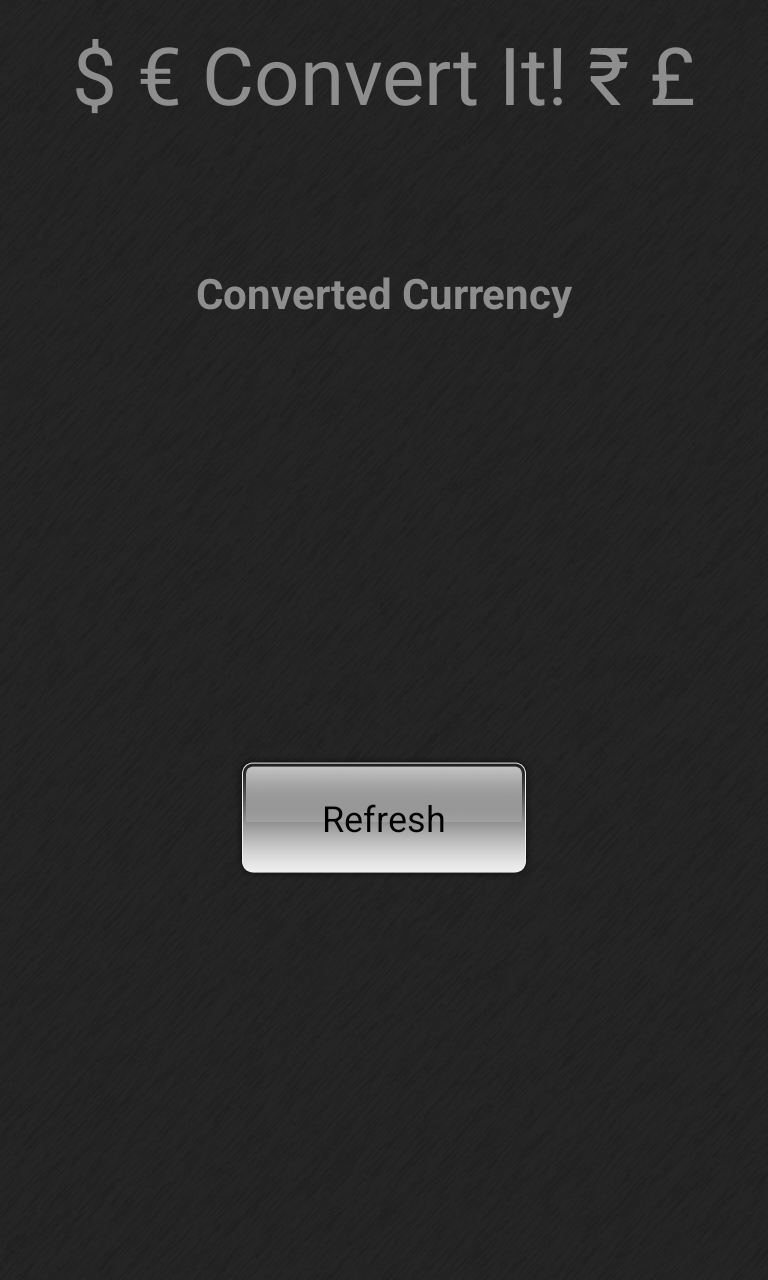
Repository: efreestone/MDF3_Freestone
Layout: ConvertIt/res/layout/activity_main.xml
These files come from the project's save history. The layout is drawn as it stood at one moment and after the next save; the edit follows.
It is drawn on a 768 x 1280 px phone screen (xhdpi) without system bars, with theme AppTheme; the app's code is not run.

Above is the layout before, as saved 2014-07-11 02:39:13.

### ConvertIt/res/layout/activity_main.xml
<?xml version="1.0" encoding="utf-8"?>
<LinearLayout xmlns:android="http://schemas.android.com/apk/res/android"
    android:id="@+id/parentView"
    android:layout_width="match_parent"
    android:layout_height="match_parent"
    android:background="@drawable/main_background"
    android:orientation="vertical"
    >

    <TextView
        android:id="@+id/titleTV"
        android:layout_width="match_parent"
        android:layout_height="wrap_content"
        android:layout_marginTop="10dp"
        android:layout_marginBottom="10dp"
        android:textSize="40sp"
        android:textColor="#8e8e8e"
        android:gravity="center"
        android:text="@string/styledAppName" />

    <TextView
        android:id="@+id/usdTV"
        android:layout_width="match_parent"
        android:layout_height="wrap_content"
        android:layout_marginTop="20dp"
        android:layout_marginBottom="10dp"
        android:textSize="21sp"
        android:textColor="#ffffff"
        android:gravity="center" />

    <TextView
        android:id="@+id/convertedLabel"
        android:layout_width="match_parent"
        android:layout_height="wrap_content"
        android:gravity="center"
        android:textStyle="bold"
        android:textSize="21sp"
        android:layout_marginBottom="5dp"
        android:textColor="#8e8e8e"
        android:text="@string/convertedLabelString"/>

    <TextView
        android:id="@+id/eurTV"
        android:layout_width="match_parent"
        android:layout_height="wrap_content"
        android:textSize="17sp"
        android:textColor="#ffffff"
        android:gravity="center" />

    <TextView
        android:id="@+id/gbpTV"
        android:layout_width="match_parent"
        android:layout_height="wrap_content"
        android:textSize="17sp"
        android:textColor="#ffffff"
        android:gravity="center" />

    <TextView
        android:id="@+id/inrTV"
        android:layout_width="match_parent"
        android:layout_height="wrap_content"
        android:textSize="17sp"
        android:textColor="#ffffff"
        android:gravity="center" />

    <TextView
        android:id="@+id/cadTV"
        android:layout_width="match_parent"
        android:layout_height="wrap_content"
        android:textSize="17sp"
        android:textColor="#ffffff"
        android:gravity="center" />

    <TextView
        android:id="@+id/audTV"
        android:layout_width="match_parent"
        android:layout_height="wrap_content"
        android:textSize="17sp"
        android:textColor="#ffffff"
        android:gravity="center" />

    <TextView
        android:id="@+id/mxnTV"
        android:layout_width="match_parent"
        android:layout_height="wrap_content"
        android:textSize="17sp"
        android:textColor="#ffffff"
        android:gravity="center" />

    <TextView
        android:id="@+id/cnyTV"
        android:layout_width="match_parent"
        android:layout_height="wrap_content"
        android:textSize="17sp"
        android:textColor="#ffffff"
        android:gravity="center" />

    <TextView
        android:id="@+id/myrTV"
        android:layout_width="match_parent"
        android:layout_height="wrap_content"
        android:textSize="17sp"
        android:textColor="#ffffff"
        android:gravity="center" />

    <TextView
        android:id="@+id/aedTV"
        android:layout_width="match_parent"
        android:layout_height="wrap_content"
        android:textSize="17sp"
        android:textColor="#ffffff"
        android:gravity="center" />

    <Button
        android:id="@+id/refreshButton"
        android:layout_width="wrap_content"
        android:layout_height="wrap_content"
        android:layout_gravity="center"
        android:layout_margin="5dp"
        android:clickable="true"
        android:background="@drawable/button_background"
        android:text="@string/refreshButton"
        android:width="150dp" />



</LinearLayout>

### ConvertIt/res/values/strings.xml
<?xml version="1.0" encoding="utf-8"?>
<resources>

    <string name="app_name">Convert It!</string>
    <string name="hello_world">Hello world!</string>
    <string name="action_settings">Settings</string>

    <string name="styledAppName">$ € Convert It! ₹ £</string>

    <string name="refreshButton">Refresh</string>

    <string name="noConnectionTitle">Connection Error</string>
    <string name="noConnectionAlert">This application requires internet access. Please check your network connection and try again.</string>

    <string name="noFileTitle">File does not exist</string>
    <string name="noFileAlert">The file does not exist on your device so it was requested from the API. Select Refresh to update the ListView</string>

    <string name="convertedLabelString">Converted Currency</string>

</resources>

### ConvertIt/res/drawable-hdpi/button_background.xml
<?xml version="1.0" encoding="utf-8"?>
<selector xmlns:android="http://schemas.android.com/apk/res/android" >
    <!-- Button Image when pressed -->
    <item
        android:drawable="@drawable/gradient_pressed_9patch"
        android:state_pressed="true"/>

    <!-- Button Image -->
    <item
        android:drawable="@drawable/gradient_9patch"/>



</selector>

### ConvertIt/res/drawable-ldpi/button_background.xml
<?xml version="1.0" encoding="utf-8"?>
<selector xmlns:android="http://schemas.android.com/apk/res/android" >
    <!-- Button Image when pressed -->
    <item
        android:drawable="@drawable/gradient_pressed_9patch"
        android:state_pressed="true"/>

    <!-- Button Image -->
    <item
        android:drawable="@drawable/gradient_9patch"/>



</selector>

### ConvertIt/res/drawable-mdpi/button_background.xml
<?xml version="1.0" encoding="utf-8"?>
<selector xmlns:android="http://schemas.android.com/apk/res/android" >
    <!-- Button Image when pressed -->
    <item
        android:drawable="@drawable/gradient_pressed_9patch"
        android:state_pressed="true"/>

    <!-- Button Image -->
    <item
        android:drawable="@drawable/gradient_9patch"/>



</selector>

### ConvertIt/res/drawable-xhdpi/button_background.xml
<?xml version="1.0" encoding="utf-8"?>
<selector xmlns:android="http://schemas.android.com/apk/res/android" >
    <!-- Button Image when pressed -->
    <item
        android:drawable="@drawable/gradient_pressed_9patch"
        android:state_pressed="true"/>

    <!-- Button Image -->
    <item
        android:drawable="@drawable/gradient_9patch"/>



</selector>

### ConvertIt/res/drawable-xxhdpi/button_background.xml
<?xml version="1.0" encoding="utf-8"?>
<selector xmlns:android="http://schemas.android.com/apk/res/android" >
    <!-- Button Image when pressed -->
    <item
        android:drawable="@drawable/gradient_pressed_9patch"
        android:state_pressed="true"/>

    <!-- Button Image -->
    <item
        android:drawable="@drawable/gradient_9patch"/>



</selector>

Loaded but not shown: ConvertIt/res/values/styles.xml (common file); ConvertIt/res/values-v11/styles.xml (common file); ConvertIt/res/values-v14/styles.xml (common file)

After the next save:
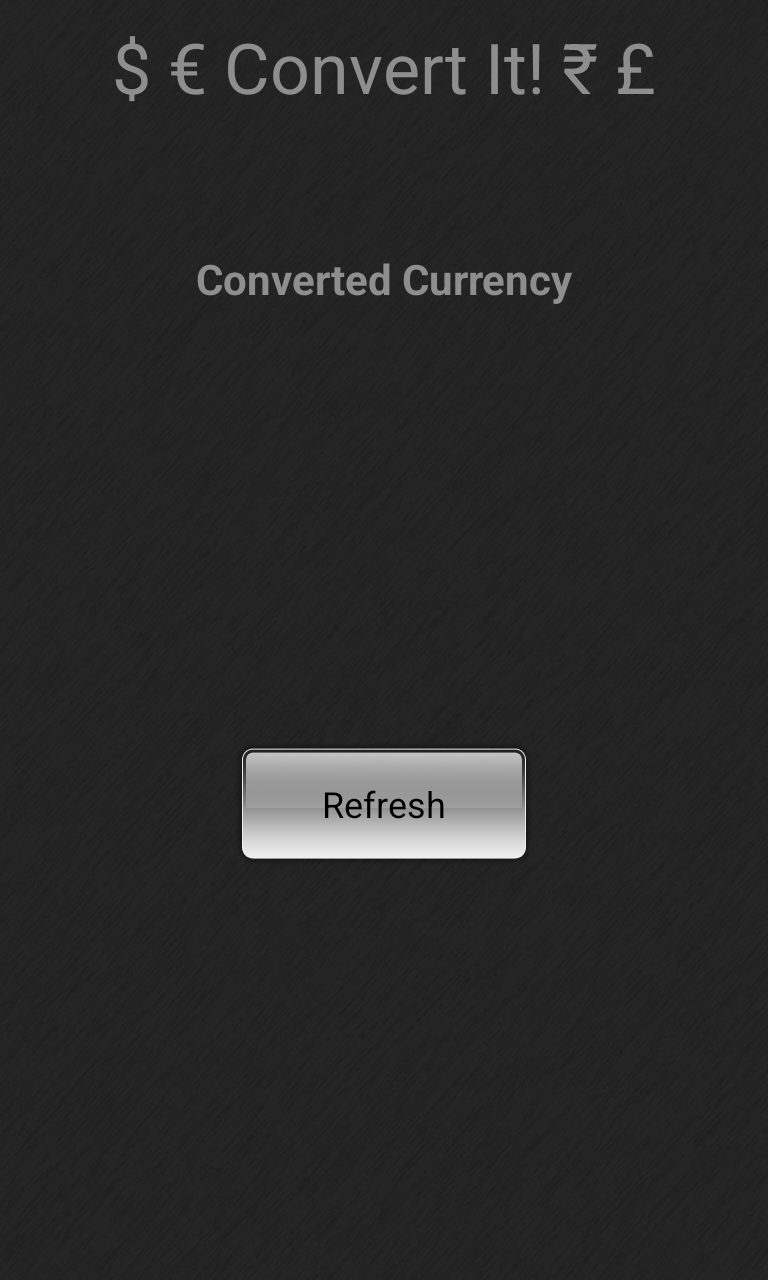
Saved 14 s later.
--- a/ConvertIt/res/layout/activity_main.xml
+++ b/ConvertIt/res/layout/activity_main.xml
@@ -13,7 +13,7 @@
         android:layout_height="wrap_content"
         android:layout_marginTop="10dp"
         android:layout_marginBottom="10dp"
-        android:textSize="40sp"
+        android:textSize="35sp"
         android:textColor="#8e8e8e"
         android:gravity="center"
         android:text="@string/styledAppName" />
